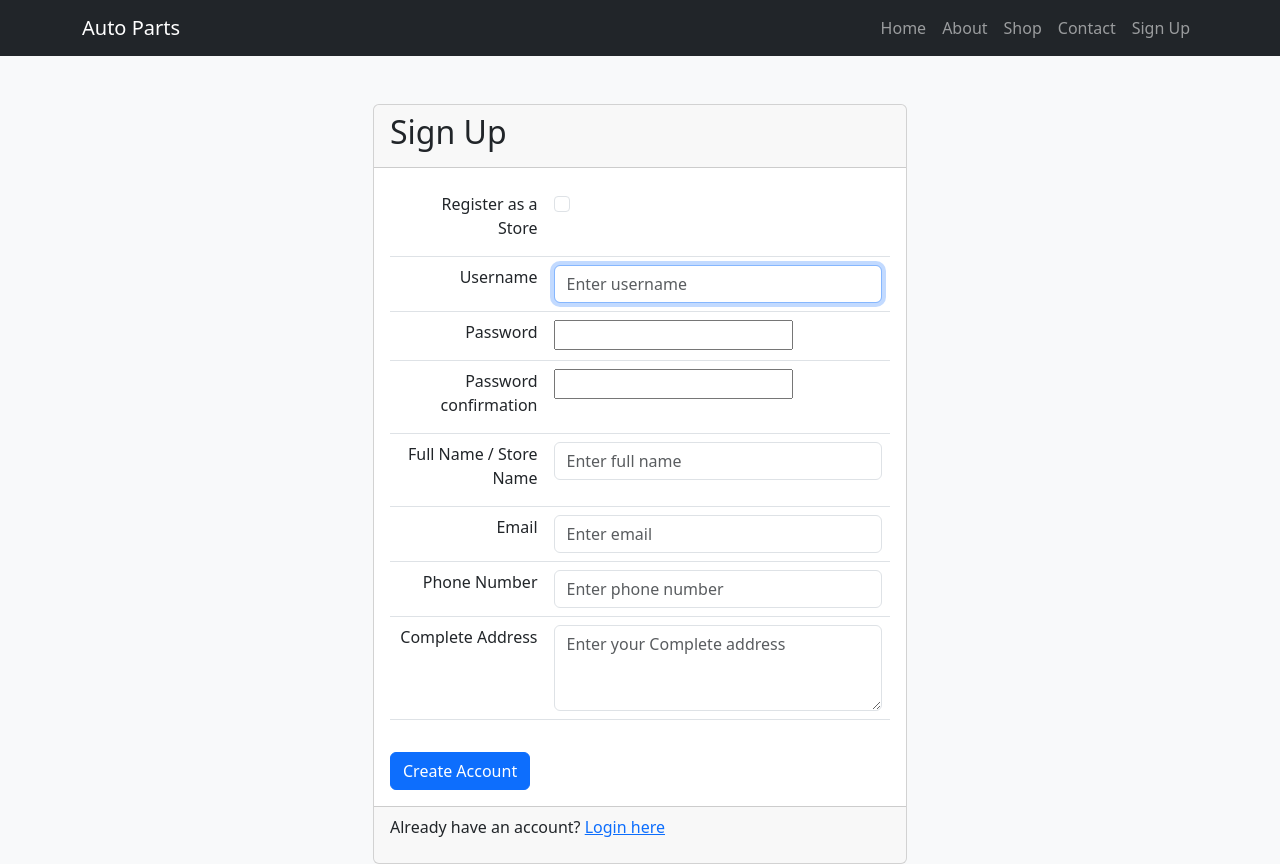
Repository: Jijiluzana225/onlineparts
Page: http://localhost/register/
These files come from the project's save history. The page is drawn as it stood at one moment and after the next save; the edit follows.
The browser window is 1280 px wide. The pictures show the whole page.
The page is served by the project's application, run on Django 5.2 (manage.py). Other server files are loaded and not shown.

Above is the page before, as saved 2025-02-19 12:23:48.

### orders/templates/orders/register.html
{% extends 'orders/landing.html' %}

{% block content %}
<div class="container mt-5">
    <div class="row justify-content-center">
        <div class="col-lg-6 col-md-8 col-sm-10">
            <div class="card">
                <div class="card-header">
                    <h2>Sign Up</h2>
                </div>
                <div class="card-body">
                    <form method="post">
                        {% csrf_token %}
                        <table class="table">
                            {% for field in form %}
                            <tr>
                                <td class="text-end">
                                    <label class="form-label">{{ field.label }}</label>
                                </td>
                                <td>
                                    {{ field }}
                                    {% if field.errors %}
                                    <div class="text-danger">
                                        {{ field.errors|striptags }}
                                    </div>
                                    {% endif %}
                                </td>
                            </tr>
                            {% endfor %}
                        </table>
                        <button type="submit" class="btn btn-primary mt-3">Create Account</button>
                    </form>
                </div>
                <div class="card-footer">
                    <p>Already have an account? <a href="{% url 'login' %}">Login here</a></p>
                </div>
            </div>
        </div>
    </div>
</div>
{% endblock %}

### orders/templates/orders/landing.html
<!DOCTYPE html>
<html lang="en">
<head>
    <meta charset="UTF-8">
    <meta name="viewport" content="width=device-width, initial-scale=1">
    <title>{% block title %}Landing Page{% endblock %}</title>
    <link href="https://cdn.jsdelivr.net/npm/bootstrap@5.3.0/dist/css/bootstrap.min.css" rel="stylesheet">
    <style>
        body {
            background-color: #f8f9fa;
        }
        .hero {
            height: 80vh;
            display: flex;
            align-items: center;
            justify-content: center;
            text-align: center;
            background: url('https://source.unsplash.com/1600x900/?car,parts') no-repeat center center/cover;
            color: white;
        }
        .hero-overlay {
            background: rgba(0, 0, 0, 0.5);
            padding: 50px;
            border-radius: 10px;
        }
        .btn-custom {
            background-color: #ff6f00;
            color: white;
            border-radius: 30px;
            padding: 10px 20px;
        }
        .btn-custom:hover {
            background-color: #e65c00;
        }
    </style>
    {% block extra_css %}{% endblock %}
</head>
<body>

    <!-- Navbar -->
    <!-- Navbar -->
<nav class="navbar navbar-expand-lg navbar-dark bg-dark">
    <div class="container">
        <a class="navbar-brand" href="{% url 'home' %}">Auto Parts</a>
        <button class="navbar-toggler" type="button" data-bs-toggle="collapse" data-bs-target="#navbarNav">
            <span class="navbar-toggler-icon"></span>
        </button>
        <div class="collapse navbar-collapse" id="navbarNav">
            <ul class="navbar-nav ms-auto">
                <li class="nav-item"><a class="nav-link" href="{% url 'home' %}">Home</a></li>
                <li class="nav-item"><a class="nav-link" href="#">About</a></li>
                <li class="nav-item"><a class="nav-link" href="#">Shop</a></li>
                <li class="nav-item"><a class="nav-link" href="#">Contact</a></li>

                {% if user.is_authenticated %}
                    <li class="nav-item dropdown">
                        <a class="nav-link dropdown-toggle" href="#" id="userDropdown" role="button" data-bs-toggle="dropdown">
                            {{ user.username }}
                        </a>
                        <ul class="dropdown-menu">
                            <li><a class="dropdown-item" href="#">Profile</a></li>
                            <li>
                                <form method="post" action="{% url 'logout' %}">
                                    {% csrf_token %}
                                    <button type="submit" class="dropdown-item">Logout</button>
                                </form>
                            </li>
                        </ul>
                    </li>
                {% else %}
                    <li class="nav-item"><a class="nav-link btn btn-secondary" href="{% url 'register' %}">Sign Up</a></li>
                {% endif %}
            </ul>
        </div>
    </div>
</nav>


    <!-- Main Content -->
    <main class="container mt-4">
        {% block content %}
        {% endblock %}
    </main>

    <!-- Bootstrap JS -->
    <script src="https://cdn.jsdelivr.net/npm/bootstrap@5.3.0/dist/js/bootstrap.bundle.min.js"></script>
    {% block extra_js %}{% endblock %}
</body>
</html>

### orders/forms.py
from django import forms
from django.contrib.auth.forms import UserCreationForm
from .models import Customer

class CustomerRegistrationForm(UserCreationForm):
    is_store = forms.BooleanField(
        required=False,
        widget=forms.CheckboxInput(attrs={'class': 'form-check-input'}),
        label="Register as a Store"
    )
    phone_number = forms.CharField(
        max_length=15,
        widget=forms.TextInput(attrs={'class': 'form-control', 'placeholder': 'Enter phone number'}),
        label="Phone Number"
    )
    address = forms.CharField(
        widget=forms.Textarea(attrs={'class': 'form-control', 'rows': 3, 'placeholder': 'Enter your Complete address'}),
        required=False,
        label="Complete Address"
    )

    class Meta:
        model = Customer
        fields = ['is_store','username', 'password1', 'password2', 'completename', 'email', 'phone_number', 'address']

        labels = {
            'completename': 'Full Name / Store Name',
            'email': 'Email',
            'address': 'Complete Address',
        }
        widgets = {
            'username': forms.TextInput(attrs={'class': 'form-control', 'placeholder': 'Enter username'}),
            'password1': forms.PasswordInput(attrs={
                'class': 'form-control',
                'placeholder': 'Enter password',
                'autocomplete': 'new-password',
                'minlength': '8'
            }),
            'password2': forms.PasswordInput(attrs={
                'class': 'form-control',
                'placeholder': 'Confirm password',
                'autocomplete': 'new-password',
                'minlength': '8'
            }),
            'completename': forms.TextInput(attrs={'class': 'form-control', 'placeholder': 'Enter full name'}),
            'email': forms.EmailInput(attrs={'class': 'form-control', 'placeholder': 'Enter email'}),
        }

### orders/models.py
from django.contrib.auth.models import AbstractUser
from django.db import models
from django.contrib.auth.models import User
from django.conf import settings


class Customer(AbstractUser):
    completename = models.CharField(max_length=250, unique=True)
    phone_number = models.CharField(max_length=15, unique=True)
    address = models.TextField(blank=True, null=True)
    is_store = models.BooleanField(default=False)





    groups = models.ManyToManyField(
        "auth.Group",
        related_name="customer_users",  # Custom related name to avoid conflicts
        blank=True
    )
    user_permissions = models.ManyToManyField(
        "auth.Permission",
        related_name="customer_users_permissions",  # Custom related name
        blank=True
    )

    def __str__(self):
        return self.username

BRAND_CHOICES = [
    ("Toyota", "Toyota"),
    ("Mitsubishi", "Mitsubishi"),
    ("Honda", "Honda"),
    ("Nissan", "Nissan"),
    ("Ford", "Ford"),
    ("Isuzu", "Isuzu"),
    ("Hyundai", "Hyundai"),
    ("Kia", "Kia"),
    ("Chevrolet", "Chevrolet"),
    ("Suzuki", "Suzuki"),
    ("Daihatsu", "Daihatsu"),
    ("Mazda", "Mazda"),
    ("Subaru", "Subaru"),
    ("Fuso", "Fuso"),
    ("Hino", "Hino"),
    ("Tata", "Tata"),
    ("MAN", "MAN"),
    ("Scania", "Scania"),
    ("Volkswagen", "Volkswagen"),
    ("Chery", "Chery"),
    ("Foton", "Foton"),
    ("JAC", "JAC"),
    ("Dongfeng", "Dongfeng"),
    ("Changan", "Changan"),
    ("Geely", "Geely"),
    ("MG", "MG"),
    ("BYD", "BYD"),
    ("BAIC", "BAIC"),
    ("GAC", "GAC"),
    ("Maxus", "Maxus"),
]


# Part Request Model
class PartRequest(models.Model):
    user = models.ForeignKey(settings.AUTH_USER_MODEL, on_delete=models.CASCADE)
    part_name = models.CharField(max_length=255)
    description = models.TextField()
    image1 = models.ImageField(upload_to="part_images/")
    image2 = models.ImageField(upload_to="part_images/")
    brand = models.CharField(max_length=255, choices=BRAND_CHOICES)
    year = models.PositiveIntegerField()
    car_model = models.CharField(max_length=255)
    created_at = models.DateTimeField(auto_now_add=True)

    def __str__(self):
        return f"{self.part_name} ({self.brand} - {self.car_model})"

### orders/views.py
from django.shortcuts import render, redirect
from .forms import CustomerRegistrationForm

def register(request):
    if request.method == 'POST':
        form = CustomerRegistrationForm(request.POST)
        if form.is_valid():
            form.save()
            return redirect('login')
    else:
        form = CustomerRegistrationForm()
    return render(request, 'orders/register.html', {'form': form})


def landing_page(request):
    return render(request, 'orders/landing.html')

### Onlinespareparts/urls.py
from django.contrib import admin
from django.urls import path, include

urlpatterns = [
    path('admin/', admin.site.urls),
    path('', include('orders.urls')),
]

### orders/urls.py
from django.urls import path
from .views import *
from django.contrib.auth import views as auth_views


urlpatterns = [
    path('register/', register, name='register'),
    path('login/', auth_views.LoginView.as_view(template_name='orders/login.html'), name='login'),
    path('logout/', auth_views.LogoutView.as_view(next_page='login'), name='logout'),
    path('', landing_page, name='home'),  # This makes the landing page accessible at "/"
]

After the next save:
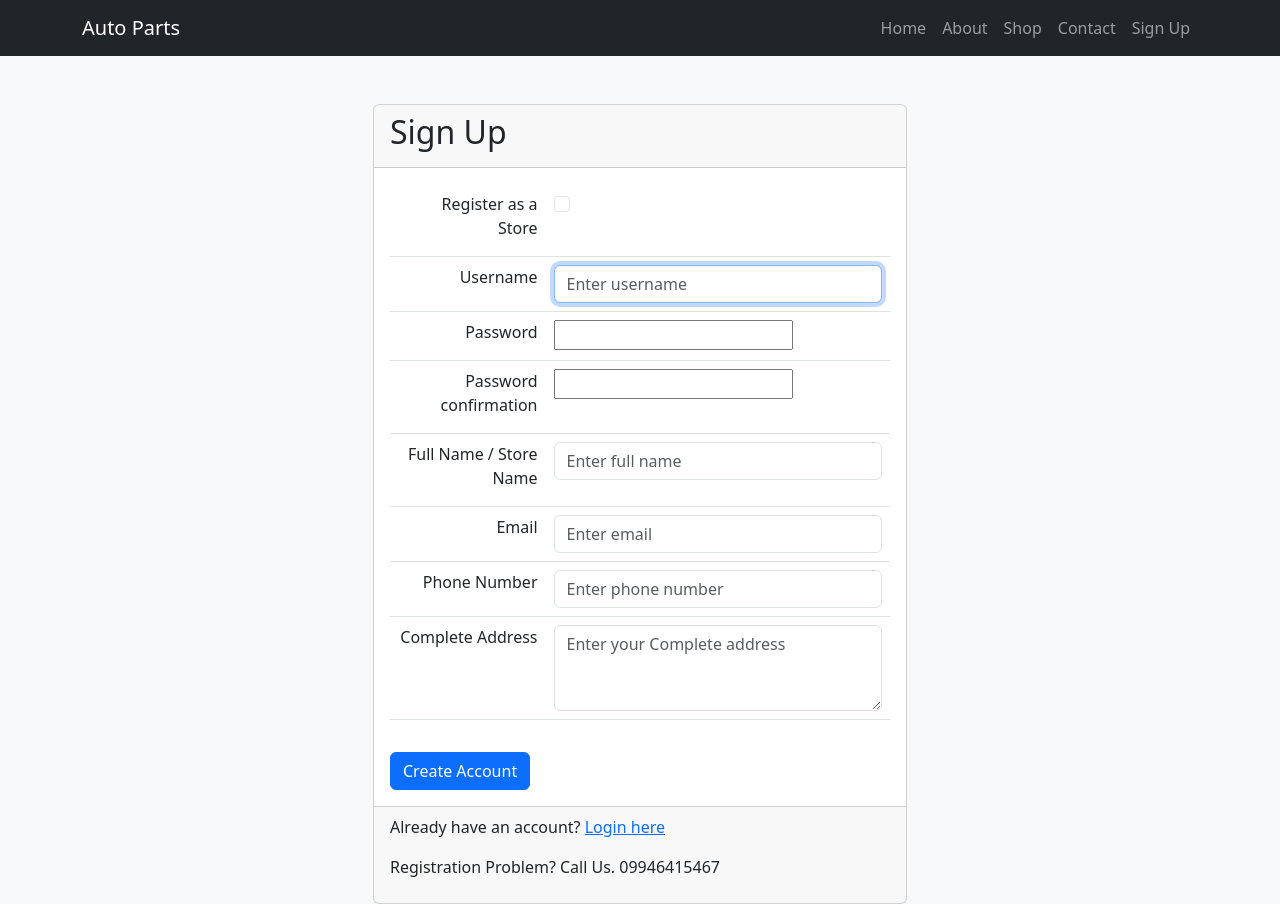
Saved 2 min 34 s later.
--- a/orders/templates/orders/register.html
+++ b/orders/templates/orders/register.html
@@ -33,6 +33,7 @@
                 </div>
                 <div class="card-footer">
                     <p>Already have an account? <a href="{% url 'login' %}">Login here</a></p>
+                    <p>Registration Problem? Call Us. 09946415467</p>
                 </div>
             </div>
         </div>
